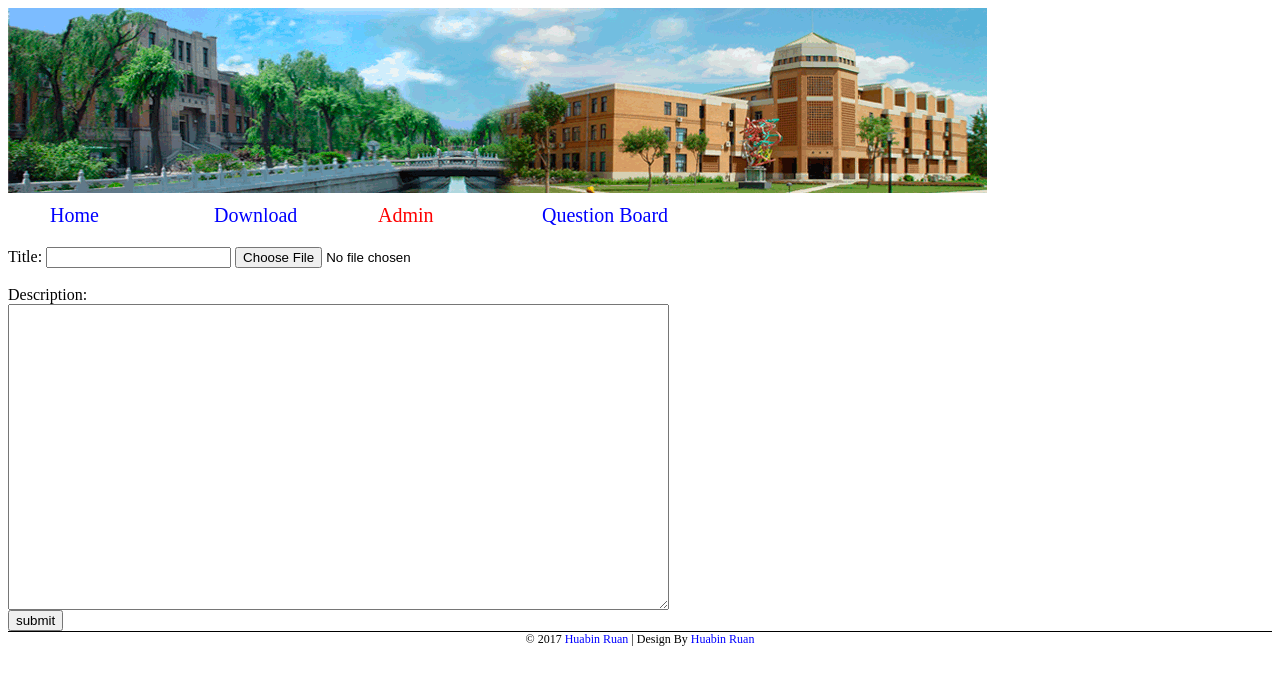
Repository: ruanhuabin/LifeSoftwareWebSite
Page: http://localhost/CryoEM/admin.jsp
These files come from the project's save history. The page is drawn as it stood at one moment and after the next save; the edit follows.
The browser window is 1280 px wide. The pictures show the whole page.
The page is served by Tomcat 9. Nobody is signed in. The application's start-up code is not run. Other server files are loaded and not shown.

Above is the page before, as saved 2017-08-04 02:33:23.

### CryoEM/WebRoot/admin.jsp
<%@ page language="java" import="java.util.*" pageEncoding="utf-8"%>
<%
String path = request.getContextPath();
String basePath = request.getScheme()+"://"+request.getServerName()+":"+request.getServerPort()+path+"/";
%>


<!DOCTYPE html PUBLIC "-//W3C//DTD XHTML 1.0 Transitional//EN" "http://www.w3.org/TR/xhtml1/DTD/xhtml1-transitional.dtd">
<html xmlns="http://www.w3.org/1999/xhtml">
<head>
<meta http-equiv="Content-Type" content="text/html; charset=utf-8" />
<title>Simple Times</title>
<link href="style.css" rel="stylesheet" type="text/css" />

<style type="text/css">
	#header {height:185px; width:100%;background-image: url(../images/banner.png);background-repeat: no-repeat; background-color:white;}
	#navigation{list-style:none; text-align:left; font-size:20px; background:white; float:left}
	#navigation li{width:160px; height:20px; line-height:0px; float:left; margin:2px; list-style:none;}
	#navigation a{height:100%; display:block; text-decoration:none}
	#navigation .curr{background:url(sub/images/nav_on.png); color:red;} /* 点击后的样式 */
</style>
</head>
<body>



<div id="main_container_x">

	<div id="header">
</div>
<div id="navigation">
	<ul>
		<li><a href="index.jsp">Home</a></li>
		<li><a href="<%=path%>/user/User_listSoftware.action">Download</a></li>
		<li><a href="<%=path%>/post/Admin_toAdmin.action"> <font color="red">Admin</font></a></li>
		<li><a href="#">Question Board</a></li>
	</ul>
</div>
<script type="text/javascript">
		var index_plist = {
			obj : document.getElementById("navigation")
					.getElementsByTagName("li"),
			currObj : null,
			init : function() {
				for (i = 0; i < index_plist.obj.length; i++) {
					eval("index_plist.obj[i].getElementsByTagName('a')[0].onclick=function(){this.className='curr';if(index_plist.currObj){index_plist.currObj.className=''}index_plist.currObj=this}");
				}
			}
		};
		index_plist.init();
</script>




<br />
<br />
<br />

<div id="form-div">
	<form action="post/Admin_postSoftware.action"	enctype="multipart/form-data" method="post" style="" title="" id="" class="">


	  Title: <input type="text" name="title"/> <input type="file" name="yourFile" />
	  <br />
	  <br />

	  Description:
	  <br />


	  <textarea rows="20" cols="80" name="description"></textarea>
	  <br/>

	  <input type="submit" value="submit" />

	</form>
</div>










<div id="footer">&copy; 2017 <a href="mailto:ruanhuabin@tsinghua.edu.cn">Huabin Ruan</a> | Design By <a href="#">Huabin Ruan</a> </div>
</div>


</body>
</html>

### CryoEM/WebRoot/style.css
#header {height:185px; width:100%;background-image: url(images/banner.png);background-repeat: no-repeat; background-color:white;}
body
{
	background-color:white;
	font-family: "Times New Roman",Georgia,Serif
}
#footer {
	width:100%;
	border-top:  #000000 1px solid;
	text-align:center;
	font-size:12px;
	}


.form-div {
    /* border: 1px solid black; */
    margin-top: 20px;
    margin-bottom: 100px;
    margin-right: 150px;
    margin-left: 0px;
    background-color: white;
}

#admin-login-form {

   /*  margin-top: 50px;
    margin-bottom: 100px;
    margin-right: 150px;
    margin-left: 200px;
    background-color: white; */
    align: center

}

#content-div {
   /*  border: 1px solid black; */
    margin-top: 40px;
    margin-bottom: 100px;
    margin-right: 150px;
    margin-left: 0px;
    background-color: white;
}

#main-container {
	width:1000px;
	/* width:80% */
	border: #000000 0px solid;
	margin: 0 auto;
 	background-color:#FEFEFE;
   /*  background-color:white; */

    clear:both;
	/* padding:25px 100px; */
	padding:10px 100px
	}

#leftbar {
	float:left;
	width:800px;
	border-right:1px solid #BCBDBC;
}

#rightbar {
	float:left;
	width:200px;
}

a
{
	text-decoration: none;
	color:blue;
}

a:hover
{
	color:red;
}
a:visited
{
	color: blue;
}

ul {margin-left: 0; padding-left: 40px;}
/* li {margin-left: 0; padding-left: 50px;} */

#navigation{list-style:none; text-align:left; font-size:20px; background:white; float:left}
#navigation li{width:160px; height:20px; line-height:0px; float:left; margin:2px; list-style:none;}
#navigation a{height:100%; display:block; text-decoration:none}
#navigation .curr{background:url(sub/images/nav_on.png); color:red;}

/* ul, li { list-style: none; margin: 0; padding: 0; }
ul { padding-left: 1em; }
li { padding-left: 1em;
  border: 1px dotted black;
  border-width: 0 0 1px 1px;
}
li.container { border-bottom: 0px; }
li.empty { font-style: italic;
  color: silver;
  border-color: silver;
}
li p { margin: 0;
  background: white;
  position: relative;
  top: 0.5em;
}
li ul {
  border-top: 1px dotted black;
  margin-left: -1em;
  padding-left: 2em;
}
ul li:last-child ul {
  border-left: 1px solid white;
  margin-left: -17px;
}  */


/* li{
    margin-top: 1px;
    margin:0;
    border:1px solid red;
}

li:first-child {
    margin-top:0;
} */

After the next save:
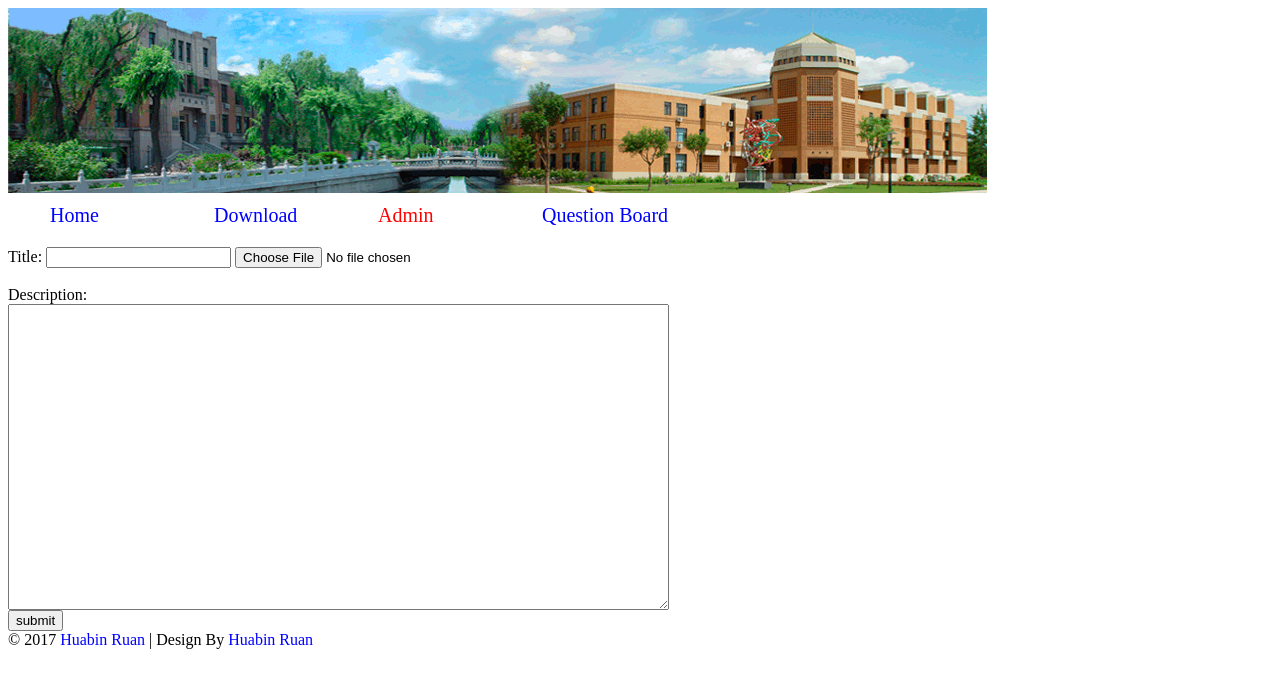
Saved 32 s later.
--- a/CryoEM/WebRoot/admin.jsp
+++ b/CryoEM/WebRoot/admin.jsp
@@ -86,7 +86,7 @@
 
 
 
-<div id="footer">&copy; 2017 <a href="mailto:ruanhuabin@tsinghua.edu.cn">Huabin Ruan</a> | Design By <a href="#">Huabin Ruan</a> </div>
+<div id="../footer">&copy; 2017 <a href="mailto:ruanhuabin@tsinghua.edu.cn">Huabin Ruan</a> | Design By <a href="#">Huabin Ruan</a> </div>
 </div>
 
 

After the save that followed:
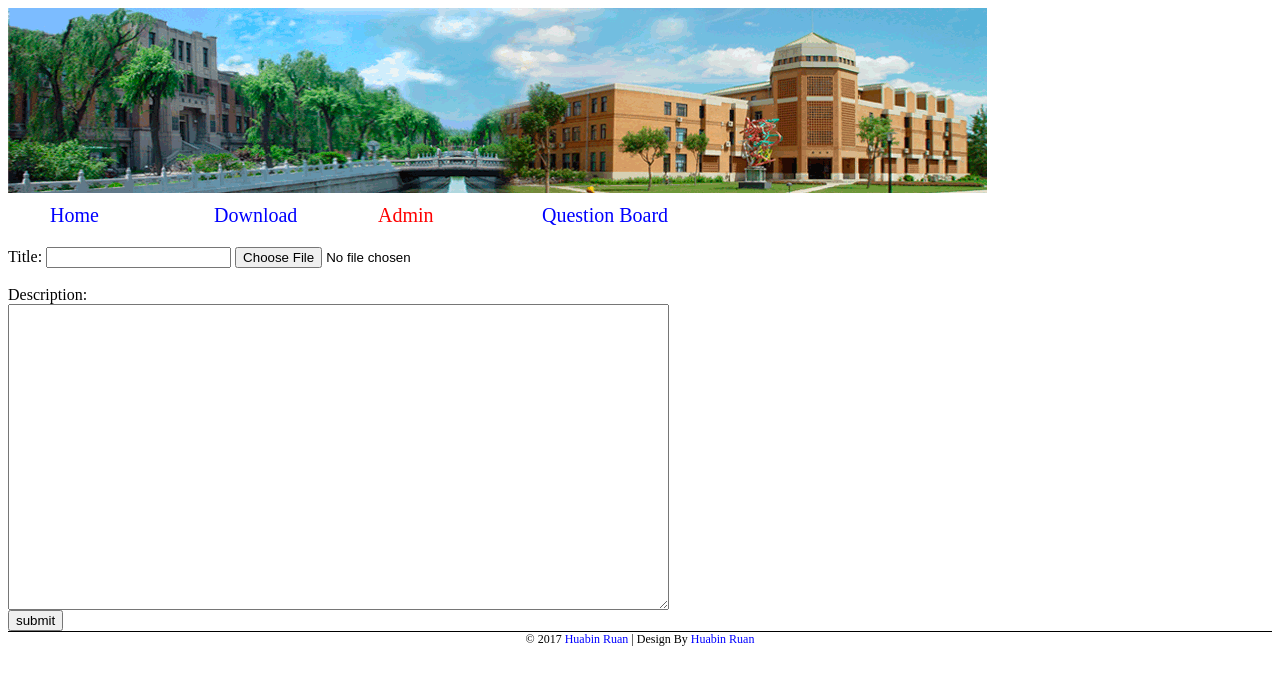
Saved 14 s later.
--- a/CryoEM/WebRoot/admin.jsp
+++ b/CryoEM/WebRoot/admin.jsp
@@ -86,7 +86,7 @@
 
 
 
-<div id="../footer">&copy; 2017 <a href="mailto:ruanhuabin@tsinghua.edu.cn">Huabin Ruan</a> | Design By <a href="#">Huabin Ruan</a> </div>
+<div id="footer">&copy; 2017 <a href="mailto:ruanhuabin@tsinghua.edu.cn">Huabin Ruan</a> | Design By <a href="#">Huabin Ruan</a> </div>
 </div>
 
 
